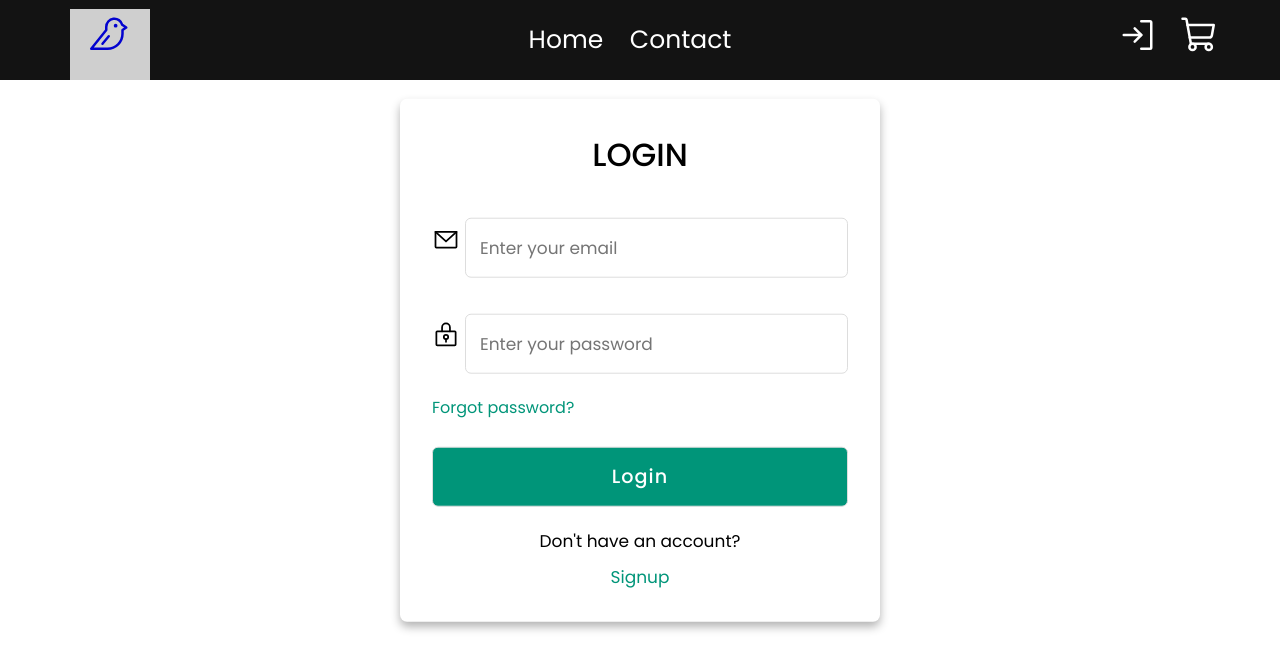
Repository: hoangdanh2/swp301
Page: /register
The author's editor kept a copy of each file at every save. The page is drawn from the files as they stood at one save, then again after the next save.
The browser window is 1280 px wide. The pictures show the whole page.
The pointer rests on the first visible `.links a`.
The project was rebuilt for these pictures with package versions that can differ from the ones it lists, and the page was loaded fresh each time. Also part of the build but not shown: src/pages/shop/product.jsx, src/pages/shop/shop.css, src/pages/shop/shop.jsx, src/pages/contact/contact.jsx, src/pages/cart/cart-item.jsx, src/pages/cart/cart.css, src/pages/cart/cart.jsx.

Above is the page before, as saved 2023-05-29 12:59:50.

### src/App.js
import './App.css';
import { BrowserRouter as Router, Routes, Route } from "react-router-dom";
import { Navbar } from "./components/navbar";
import { Register } from "./pages/register/register";
import { Shop } from "./pages/shop/shop";
import { Contact } from "./pages/contact/contact";
import { Cart } from "./pages/cart/cart";
import { ShopContextProvider } from './context/shop-context';


function App() {
  return (
    <div className = "App">
      <ShopContextProvider>
        <Router>
          <Navbar />
          <Routes>
            <Route path = "/register" element = {<Register />} />
            <Route path = "/" element = {<Shop />} />
            <Route path = "/contact" element = {<Contact />} />
            <Route path = "/cart" element = {<Cart />} />
          </Routes>
        </Router>
      </ShopContextProvider>
    </div>
  );
}

export default App;

### src/App.css
.App {
  width: 100%;
  height: auto;
  min-height: 100vh;
  font-family: 'Segoe UI', Tahoma, Geneva, Verdana, sans-serif;
}

body {
  padding: 0;
  margin: 0;
}

### src/components/navbar.jsx
import React from "react";
import { Link } from "react-router-dom";
import { ShoppingCart, Bird, SignIn } from "phosphor-react";
import "./navbar.css";

export const Navbar = () => {
  return (
    <div className="navbar">
      <div className="links">
        <div className="icon">
          <Link to="/">
            <Bird size={40} />
          </Link>
        </div>
        <div className="middle">
          <Link to="/"> Home </Link>
          <Link to="/contact"> Contact</Link>
        </div>
        <div className="end">
            <Link to="/register">
                <SignIn size={40}/>
            </Link>
          <Link to="/cart">
            <ShoppingCart size={40} />
          </Link>
        </div>
      </div>
    </div>
  );
};

### src/pages/register/register.jsx
import React from "react";
import { EnvelopeSimple,LockKey } from "phosphor-react";
import "./register.css";

export const Register = () => {
  return (
    <div className="container">
    <input type="checkbox" id="check"></input>
    <div className="login form">
      <header>LOGIN</header>
      <form action="#">
        <div className="login-form">
        <span className="icon-login"><EnvelopeSimple size={28}></EnvelopeSimple></span>
        <input type="text" id="email" placeholder="Enter your email" required></input>
        <span className="icon-login"><LockKey size={28}></LockKey></span>
        <input type="password" id="password" placeholder="Enter your password" required></input>
        </div>
        <a href="#">Forgot password?</a>
        <input type="button" className="button" value="Login"></input>
      </form>
      <div className="signup">
        <span className="signup">Don't have an account?
         <label for="check">Signup</label>
        </span>
      </div>
    </div>
    <div className="registration form">
      <header>SIGNUP</header>
      <form action="#">
        <div className="login-form">
        <span className="icon-login"><EnvelopeSimple size={28}></EnvelopeSimple></span>
        <input type="text" id="email" placeholder="Enter your email" required></input>
        <span className="icon-login"><LockKey size={28}></LockKey></span>
        <input type="password" id="password" placeholder="Create a password" required></input>
        <span className="icon-login"><LockKey size={28}></LockKey></span>
        <input type="password" id="password"  placeholder="Confirm your password" required></input>
        <input type="button" className="button" value="Signup" required></input>
        </div>
      </form>
      <div className="signup">
        <span className="signup">Already have an account?
         <label for="check">Login</label>
        </span>
      </div>
    </div>
  </div>
  );
};

### src/context/shop-context.jsx
import { createContext, useEffect, useState } from "react";
import { PRODUCTS } from "../products";

export const ShopContext = createContext(null);

const getDefaultCart = () => {
    let cart = {};
    for (let i = 1; i < PRODUCTS.length + 1; i++) {
        cart[i] = 0;
    }
    return cart;
}

export const ShopContextProvider = (props) => {
    const [cartItems, setCartItems] = useState(getDefaultCart());

    const getTotalCartAmount = () => {
        let totalAmount = 0;
        for (const item in cartItems) {
            if (cartItems[item] > 0) {
                let itemInfo = PRODUCTS.find((product) => product.id === Number(item));
                totalAmount += cartItems[item] *itemInfo.price;
            }
        }
        return totalAmount;
    };

    const addToCart = (itemId) => {
        setCartItems((prev) => ({ ...prev, [itemId]: prev[itemId] + 1}));
    };

    const removeFromCart = (itemId) => {
        setCartItems((prev) => ({ ...prev, [itemId]: prev[itemId] - 1}));
    };

    const updateCartItemCount = (newAmount, itemId) => {
        setCartItems((prev) => ({ ...prev, [itemId]: newAmount }));
    };

    const checkout = () => {
        setCartItems(getDefaultCart());
    };

    const contextValue = {
        cartItems,
        addToCart,
        updateCartItemCount,
        removeFromCart,
        getTotalCartAmount,
        checkout,
    };

    return (
        <ShopContext.Provider value={contextValue}>
            {props.children}
        </ShopContext.Provider>
    );
};

### src/components/navbar.css
.navbar {
    width: 100%;
    height: 80px;
    background-color: rgb(19, 19, 19);
    display: flex;
    justify-content: center;
    align-items: center;
}

.links {
    margin-right: 50px;
    display: flex;
    align-items: center;
    justify-content: space-between;
    width: 100%;
}

.icon {
    margin-left: 50px;
}

.end {
    padding: 0 10px;
}

.links a {
    text-decoration: none;
    color: white;
    margin-left: 20px;
    font-size: 25px;
}
.links a:hover {
    width: 100%;
    color: blue;
    background-color: white;
    opacity: 0.8;
    padding: 20px;
}

### src/pages/register/register.css
/* Import Google font - Poppins */
@import url('https://fonts.googleapis.com/css2?family=Poppins:wght@200;300;400;500;600;700&display=swap');
*{
  margin: 0;
  padding: 0;
  box-sizing: border-box;
  font-family: 'Poppins', sans-serif;
}

.container{
  position: absolute;
  top: 50%;
  left: 50%;
  transform: translate(-50%,-50%);
  max-width: 480px;
  width: 100%;
  background: #fff;
  border-radius: 7px;
  box-shadow: 0 5px 10px rgba(0,0,0,0.3);
}

.container .registration{
  display: none;
}

#check:checked ~ .registration{
  display: block;
}

#check:checked ~ .login{
  display: none;
}

#check{
  display: none;
}

.container .form{
  padding: 2rem;
}

.form header{
  font-size: 2rem;
  font-weight: 500;
  text-align: center;
  margin-bottom: 1.5rem;
}

 .form input{
   height: 60px;
   width: 92%;
   padding: 0 14px;
   font-size: 17px;
   margin-top: 15px;
   margin-bottom: 1.3rem;
   border: 1px solid #ddd;
   border-radius: 6px;
   outline: none;
 }

 .form input:focus{
   box-shadow: 0 1px 0 rgba(0,0,0,0.2);
 }

.form a{
  font-size: 16px;
  color: #009579;
  text-decoration: none;
}

.form a:hover{
  text-decoration: underline;
}

.form input.button{
  color: #fff;
  background: #009579;
  font-size: 1.2rem;
  font-weight: 500;
  letter-spacing: 1px;
  margin-top: 1.7rem;
  cursor: pointer;
  transition: 0.4s;
  width: 100%;
}

.form input.button:hover{
  background: #006653;
}

.signup{
  font-size: 17px;
  text-align: center;
}

.signup label{
  color: #009579;
  cursor: pointer;
}

.signup label:hover{
  text-decoration: underline;
}

.icon-login {
  margin-right: 5px;
}

### src/products.js
import product1 from "./assets/products/1.png";
import product2 from "./assets/products/1.png";
import product3 from "./assets/products/1.png";
import product4 from "./assets/products/1.png";
import product5 from "./assets/products/1.png";
import product6 from "./assets/products/1.png";
import product7 from "./assets/products/1.png";
import product8 from "./assets/products/1.png";

export const PRODUCTS = [
  {
    id: 1,
    productName: "Bird Food",
    price: 999.0,
    productImage: product1,
  },
  {
    id: 2,
    productName: "Bird Food",
    price: 1999.0,
    productImage: product2,
  },
  {
    id: 3,
    productName: "Bird Food",
    price: 699.0,
    productImage: product3,
  },
  {
    id: 4,
    productName: "Bird Food",
    price: 228.0,
    productImage: product4,
  },
  {
    id: 5,
    productName: "Bird Food",
    price: 19.99,
    productImage: product5,
  },
  {
    id: 6,
    productName: "Bird Food",
    price: 68.0,
    productImage: product6,
  },
  {
    id: 7,
    productName: "Bird Food",
    price: 120.0,
    productImage: product7,
  },
  {
    id: 8,
    productName: "Bird Food",
    price: 40.0,
    productImage: product8,
  },
];

### src/pages/contact/contact.css
.contact{
    max-width: 400px;
    margin: 0 auto;
    padding: 20px;
}
.title-contact{
    text-align: center;
}
label{
    display: block;
    margin-top: 10px;
}
.form-contact{

    text-align: center;
}
/*
input[type="text"],
input[type="email"],
input[type="message"],
textarea {
  width: 100%;
  padding: 8px;
  border: 1px solid #ccc;
  border-radius: 4px;
  box-sizing: border-box;
  margin-top: 5px;
  margin-bottom: 10px;
} */

input[type="submit"] {
    background-color: #4CAF50;
    color: white;
    padding: 10px 15px;
    border: none;
    border-radius: 4px;
    cursor: pointer;
    font-size: 16px;
  }

  input[type="submit"]:hover {
    background-color: #45a049;
  }

  textarea {
    height: 100px;
  }

Loaded but not shown: public/index.html (common file); src/index.js (common file); src/index.css (common file); src/reportWebVitals.js (common file); public/manifest.json (common file)

After the next save:
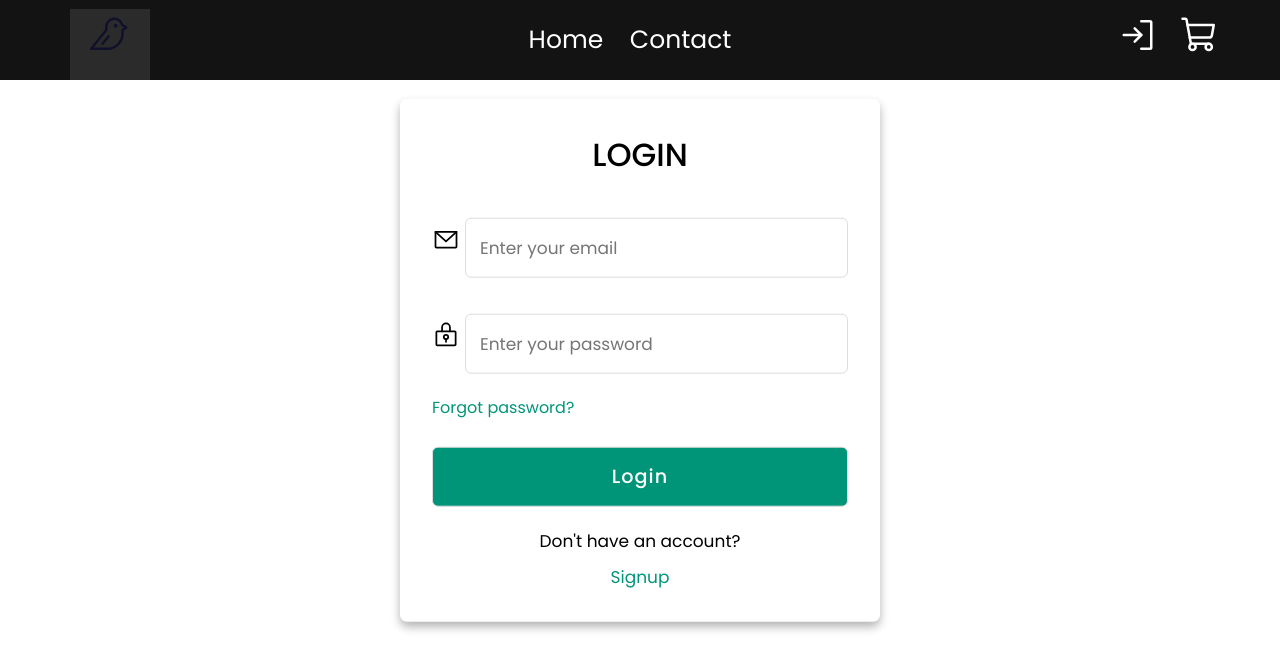
Saved 12 s later.
--- a/src/components/navbar.css
+++ b/src/components/navbar.css
@@ -33,6 +33,6 @@
     width: 100%;
     color: blue;
     background-color: white;
-    opacity: 0.8;
+    opacity: 0.1;
     padding: 20px;
 }
